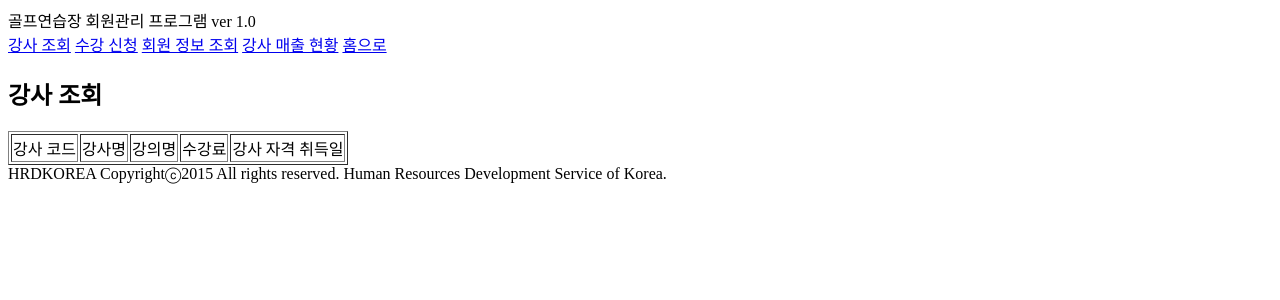
Repository: wwwxsv19/HRDkorea
Page: http://localhost/golf/money.jsp
The author's editor kept a copy of each file at every save. The page is drawn from the files as they stood at one save, then again after the next save.
The browser window is 1280 px wide. The pictures show the whole page.
The page is served by Tomcat 9. Queries for data that is not in the repository find no rows.

Above is the page before, as saved 2024-06-25 08:04:48.

After the next save:
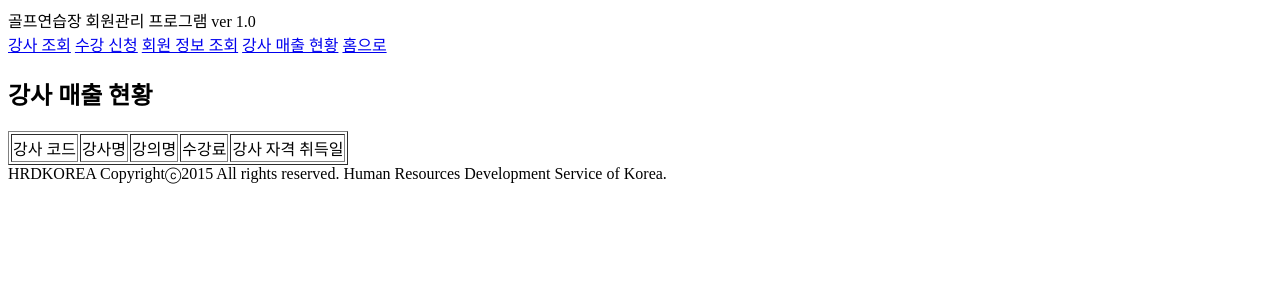
Saved 6 s later.
--- a/golf/golf/src/main/webapp/money.jsp
+++ b/golf/golf/src/main/webapp/money.jsp
@@ -12,7 +12,7 @@
 <script type="text/javascript" src="check.js"></script>
 <jsp:include page="header.jsp"></jsp:include>
 <section>
-	<h1>강사 조회</h1>
+	<h1>강사 매출 현황</h1>
 	<table border=1>
 		<tr>
 			<td>강사 코드</td>
